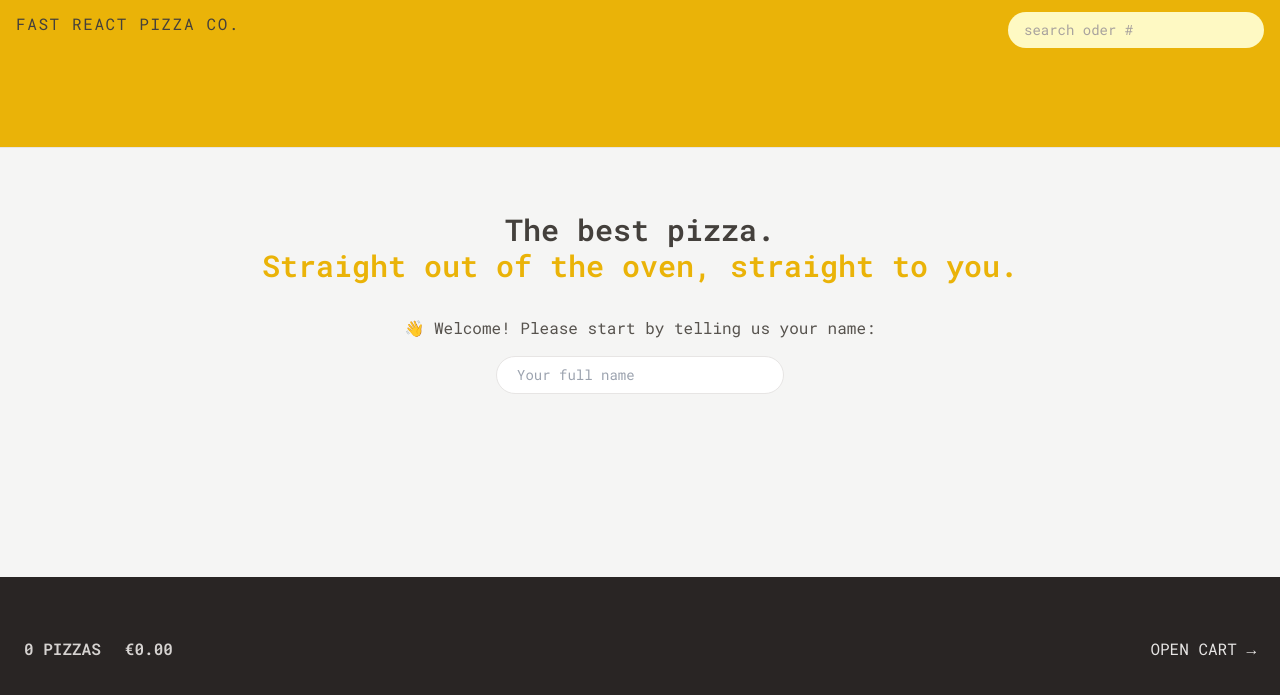
Repository: ayakhaled0001/pizza-delivery
Page: /
An editor plug-in stored every save of this project. The page is shown before and after the next save, followed by the edit.
The browser window is 1280 px wide. The pictures show the whole page.
The project was rebuilt for these pictures with package versions that can differ from the ones it lists, and the page was loaded fresh each time. Also part of the build but not shown: vite.config.js, src/ui/Button.jsx, src/features/user/UserName.jsx, src/services/apiRestaurant.jsx, src/features/menu/MenuItem.jsx, src/features/menu/Menu.jsx, src/ui/LinkButton.jsx, src/features/cart/CartItem.jsx and 5 more. Imported but missing from the stored project, and not drawn on this page: src/features/order/CreateOrder.

Above is the page before, as saved 2025-05-08 22:31:11.

### index.html
<!DOCTYPE html>
<html lang="en">
  <head>
    <meta charset="UTF-8" />
    <link rel="icon" type="image/svg+xml" href="/vite.svg" />
    <meta name="viewport" content="width=device-width, initial-scale=1.0" />
    <link rel="preconnect" href="https://fonts.googleapis.com" />
    <link rel="preconnect" href="https://fonts.gstatic.com" crossorigin />
    <link
      href="https://fonts.googleapis.com/css2?family=Roboto+Mono:ital,wght@0,100..700;1,100..700&display=swap"
      rel="stylesheet" />
    <title>fast react pizza</title>
  </head>
  <body class="bg-stone-100 text-stone-700">
    <div id="root"></div>
    <script type="module" src="/src/main.jsx"></script>
  </body>
</html>

### src/main.jsx
import { StrictMode } from "react";
import { createRoot } from "react-dom/client";
import App from "./App.jsx";
import "./index.css";
import { Provider } from "react-redux";
import store from "./store.js";

createRoot(document.getElementById("root")).render(
  <StrictMode>
    <Provider store={store}>
      <App />
    </Provider>
  </StrictMode>
);

### src/App.jsx
import { createBrowserRouter, RouterProvider } from "react-router-dom";
import Home from "./ui/Home";
import Menu, { loader as menuLoader } from "./features/menu/Menu";
import Cart from "./features/cart/Cart";
import CreateOrder, {
  action as CreateOrderAction,
} from "./features/order/CreateOrder";
import Order, { loader as orderLoader } from "./features/order/Order";
import AppLayout from "./ui/AppLayout";
import Error from "./ui/Error";
const router = createBrowserRouter([
  {
    element: <AppLayout />,
    children: [
      { path: "/", element: <Home /> },
      {
        path: "/menu",
        element: <Menu />,
        loader: menuLoader,
        errorElement: <Error />,
      },
      { path: "/cart", element: <Cart /> },
      {
        path: "/order/new",
        element: <CreateOrder />,
        action: CreateOrderAction,
      },
      {
        path: "/order/:orderId",
        element: <Order />,
        loader: orderLoader,
        errorElement: <Error />,
      },
    ],
  },
]);
function App() {
  return <RouterProvider router={router} />;
}

export default App;

### src/index.css
@tailwind base;
@tailwind components;
@tailwind utilities;

@layer components {
  .input {
    @apply rounded-full border
    border-stone-200
    px-4 py-2 text-sm transition-all
    duration-300 focus:outline-none
    focus:ring focus:ring-yellow-400
    md:px-5;
  }

  .loader {
    width: 45px;
    aspect-ratio: 0.75;
    --c: no-repeat linear-gradient(theme(colors.stone.700) 0 0);
    background: var(--c) 0% 50%, var(--c) 50% 50%, var(--c) 100% 50%;
    background-size: 20% 50%;
    animation: loading 1s infinite linear;
  }

  @keyframes loading {
    20% {
      background-position: 0% 0%, 50% 50%, 100% 50%;
    }
    40% {
      background-position: 0% 100%, 50% 0%, 100% 50%;
    }
    60% {
      background-position: 0% 50%, 50% 100%, 100% 0%;
    }
    80% {
      background-position: 0% 50%, 50% 50%, 100% 100%;
    }
  }
}

/* body {
  font-family: system-ui, -apple-system, BlinkMacSystemFont, "Segoe UI", Roboto,
    Oxygen, Ubuntu, Cantarell, "Open Sans", "Helvetica Neue", sans-serif;
  background-color: #f7f7f7;
  color: #444;
}

.layout {
  display: grid;
  grid-template-rows: auto 1fr auto;
  gap: 32px;
  height: 100dvh;
} */

/* https://dev.to/afif/i-made-100-css-loaders-for-your-next-project-4eje */

### src/store.js
import { configureStore } from "@reduxjs/toolkit";

import userReducer from "./features/user/userSlice";
import cartReducer from "./features/cart/cartSlice";
const store = configureStore({
  reducer: {
    user: userReducer,
    cart: cartReducer,
  },
});

export default store;

### src/ui/Home.jsx
import { useSelector } from "react-redux";
import CreateUser from "../features/user/CreateUser";
import Button from "./Button";
function Home() {
  const username = useSelector((state) => state.user.username);
  return (
    <div className="my-10 text-center sm:my-16 ">
      <h1 className=" mb-8 text-xl  font-semibold md:text-3xl ">
        The best pizza.
        <br />
        <span className="text-yellow-500">
          Straight out of the oven, straight to you.
        </span>
      </h1>
      {username === "" ? (
        <CreateUser />
      ) : (
        <Button to="/menu">continue ordering , {username}</Button>
      )}
    </div>
  );
}

export default Home;

### src/ui/AppLayout.jsx
import Header from "./Header";
import CartOverview from "../features/cart/CartOverview";
import { Outlet, useNavigation } from "react-router-dom";
import Loader from "./Loader";

function AppLayout() {
  const navigation = useNavigation();
  const isLoading = navigation.state === "loading";
  console.log(navigation.state);
  return (
    <div className="grid h-screen grid-row-[auto_1fr_auto]">
      {isLoading && <Loader />}

      <Header />
      <div className="">
        <main className="max-w-3xl mx-auto">
          <Outlet />
        </main>
      </div>
      <CartOverview />
    </div>
  );
}

export default AppLayout;

### src/features/user/userSlice.js
// function getPosition() {
//   return new Promise(function (resolve, reject) {
//     navigator.geolocation.getCurrentPosition(resolve, reject);
//   });
// }

import { createSlice } from "@reduxjs/toolkit";

// async function fetchAddress() {
//   // 1) We get the user's geolocation position
//   const positionObj = await getPosition();
//   const position = {
//     latitude: positionObj.coords.latitude,
//     longitude: positionObj.coords.longitude,
//   };

//   // 2) Then we use a reverse geocoding API to get a description of the user's address, so we can display it the order form, so that the user can correct it if wrong
//   const addressObj = await getAddress(position);
//   const address = `${addressObj?.locality}, ${addressObj?.city} ${addressObj?.postcode}, ${addressObj?.countryName}`;

//   // 3) Then we return an object with the data that we are interested in
//   return { position, address };
// }

const initialState = {
  username: "",
};

const userSlice = createSlice({
  name: "user",
  initialState,
  reducers: {
    updateName(state, action) {
      state.username = action.payload;
    },
  },
});

export const { updateName } = userSlice.actions;

export default userSlice.reducer;

### src/features/cart/cartSlice.js
import { createSlice } from "@reduxjs/toolkit";

const initialState = {
  cart: [],
};

const cartSlice = createSlice({
  name: "cart",
  initialState,
  reducers: {
    addItem(state, action) {
      // payload :newitem
      state.cart.push(action.payload);
    },
    deleteItem(state, action) {
      //payload id of the pizza item
      state.cart = state.cart.filter((item) => item.pizzaId !== action.payload);
    },
    increaseItemQuantity(state, action) {
      // payload = id
      const item = state.cart.find((item) => item.pizzaId === action.payload);
      item.quantity++;
      item.totalPrice = item.quantity * item.unitPrice;
    },
    decreaseItemQuantity(state, action) {
      // payload = id
      const item = state.cart.find((item) => item.pizzaId === action.payload);
      item.quantity--;
      item.totalPrice = item.quantity * item.unitPrice;
    },
    clearCart(state) {
      state.cart = [];
    },
  },
});

export const {
  addItem,
  deleteItem,
  increaseItemQuantity,
  decreaseItemQuantity,
  clearCart,
} = cartSlice.actions;

export default cartSlice.reducer;
export const getTotalCartQuantity = (state) =>
  state.cart.cart.reduce((sum, item) => sum + item.quantity, 0);

export const getTotalCartPrice = (state) =>
  state.cart.cart.reduce((sum, item) => sum + item.totalPrice, 0);

// reselect library to look into

### src/features/user/CreateUser.jsx
import { useState } from "react";
import Button from "../../ui/Button";
import { useDispatch } from "react-redux";
import { updateName } from "./userSlice";
import UserName from "./UserName";
import { useNavigate } from "react-router-dom";

function CreateUser() {
  const [username, setUsername] = useState("");
  const dispath = useDispatch();
  const navigate = useNavigate();
  function handleSubmit(e) {
    e.preventDefault();
    if (!username) return;
    dispath(updateName(username));
    navigate("/menu");
  }

  return (
    <form onSubmit={handleSubmit}>
      <p className="mb-4 text-sm text-stone-600 md:text-base">
        👋 Welcome! Please start by telling us your name:
      </p>

      <input
        type="text"
        placeholder="Your full name"
        value={username}
        className=" w-72 input mb-8"
        onChange={(e) => setUsername(e.target.value)}
      />

      {username !== "" && (
        <div>
          <Button>Start ordering</Button>
        </div>
      )}
    </form>
  );
}

export default CreateUser;

### src/ui/Header.jsx
import { Link } from "react-router-dom";
import SearchOrder from "../features/order/SearchOrder.jsx";
import UserName from "../features/user/UserName.jsx";

function Header() {
  return (
    <header className=" flex justify-between bg-yellow-500 px-4 py-3 uppercase border-b border-stone-200">
      <Link to="/" className="tracking-widest">
        Fast React Pizza Co.
      </Link>
      <SearchOrder />
      <UserName />
    </header>
  );
}

export default Header;

### src/features/cart/CartOverview.jsx
import { useSelector } from "react-redux";
import { Link } from "react-router-dom";
import { getTotalCartPrice, getTotalCartQuantity } from "./cartSlice";
import { formatCurrency } from "../../utilities/helpers";

function CartOverview() {
  const totalCartQuantity = useSelector(getTotalCartQuantity);
  const totalCartPrice = useSelector(getTotalCartPrice);

  return (
    <div
      className="bg-stone-800 text-stone-200 uppercase p-4 sm:px-6 px-4 py-4
    md:text-base flex items-center justify-between">
      <p className="text-stone-300 sm:space-x-6 font-semibold space-x-4">
        <span>{totalCartQuantity} pizzas</span>
        <span>{formatCurrency(totalCartPrice)}</span>
      </p>
      <Link to="/cart">Open cart &rarr;</Link>
    </div>
  );
}

export default CartOverview;

### src/features/order/SearchOrder.jsx
import { useState } from "react";
import { useNavigate } from "react-router-dom";

function SearchOrder() {
  const [query, setQuery] = useState("");
  const navigate = useNavigate();
  function handleSubmit(e) {
    e.preventDefault();
    if (!query) return;
    navigate(`/order/${query}`);
    setQuery("");
  }
  return (
    <form onSubmit={handleSubmit}>
      <input
        placeholder="search oder #"
        value={query}
        onChange={(e) => setQuery(e.target.value)}
        className="duration-300 sm:w-64 focus:outline-none focus:ring
         focus:ring-yellow-500 focus:ring-opacity-50  sm:focus:w-72 transition-all w-28
         bg-yellow-100 rounded-full px-4 py-2 text-sm placeholder:text-stone-400"
      />
    </form>
  );
}

export default SearchOrder;

### tailwind.config.js
/** @type {import('tailwindcss').Config} */
export default {
  content: ["./index.html", "./src/**/*.{js,jsx,ts,tsx}"],
  theme: {
    fontFamily: {
      sans: "Roboto Mono , monospace",
    },
    extend: {
      fontSize: {
        huge: ["80rem", { lineHeight: "1" }],
      },
      height: {
        screen: "100dvh",
      },
    },
  },
  plugins: [],
};

Loaded but not shown: src/utilities/helpers.jsx (common file)

After the next save:
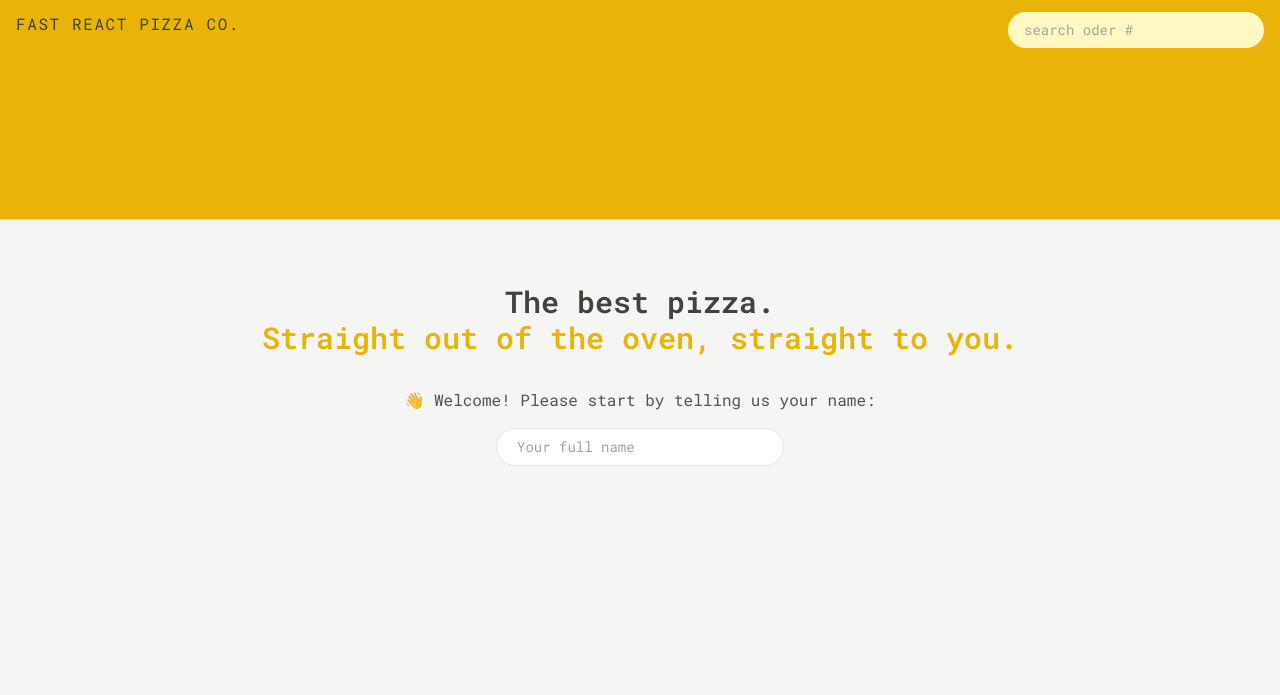
Saved 16 s later.
--- a/src/features/cart/CartOverview.jsx
+++ b/src/features/cart/CartOverview.jsx
@@ -7,6 +7,7 @@ function CartOverview() {
   const totalCartQuantity = useSelector(getTotalCartQuantity);
   const totalCartPrice = useSelector(getTotalCartPrice);
 
+  if (!totalCartQuantity) return null;
   return (
     <div
       className="bg-stone-800 text-stone-200 uppercase p-4 sm:px-6 px-4 py-4
